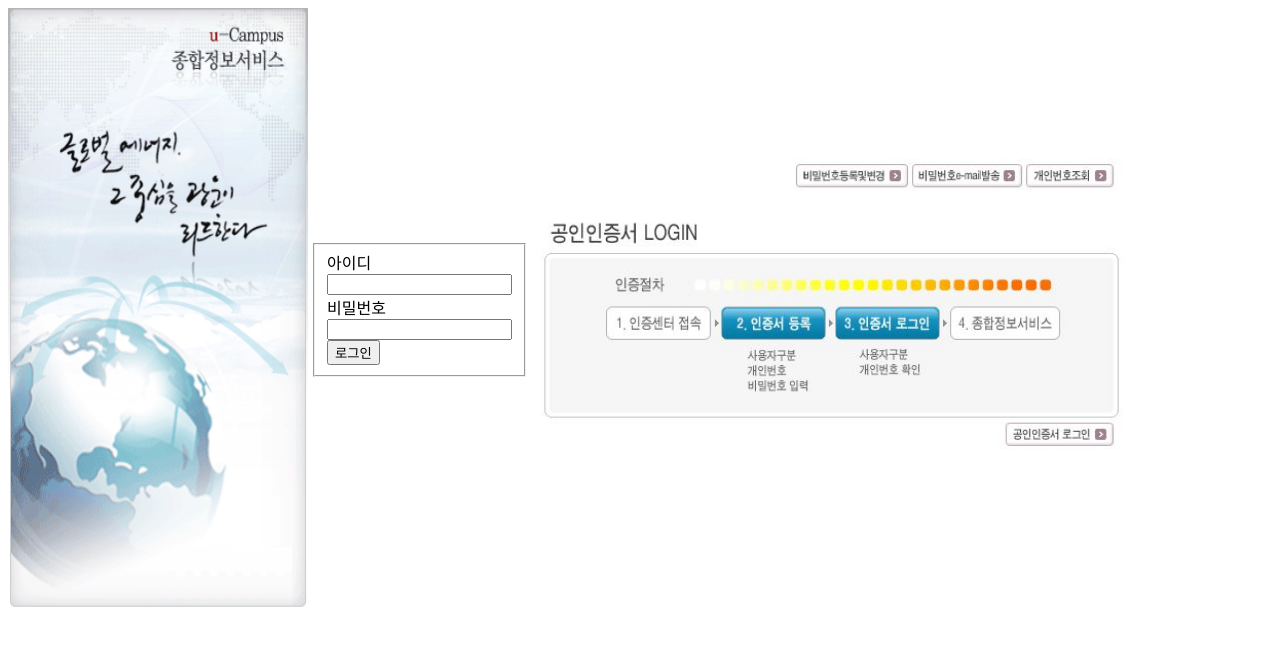
Repository: jungmintaeng/mini-ucampus
Page: ucam/WebContent/Login.html
The author's editor kept a copy of each file at every save. The page is drawn from the files as they stood at one save, then again after the next save.
The browser window is 1280 px wide. The pictures show the whole page.

Above is the page before, as saved 2016-06-11 00:52:09.

### ucam/WebContent/Login.html
<!DOCTYPE html>
<html>
<head>
<meta charset="EUC-KR">
   <title> Ucampus Login </title>
</head>
<body>

<table width = "50%" cellpadding='0' cellspacing='0'>
<tr>
<td align="right"><font size="2"><img
src="images\image_intra01.gif" width ="300" height="600" border ="0">
</font></td>
<td align="left">
<table>
<tr>
<td>
  <form action="Login.jsp" method="post">
  <fieldset>
   <label for="id">아이디</label>
   <input type="text" name="id" title="아이디"/>
   <br>
  <label for="pass">비밀번호</label>
   <input type="password" name="pw" title="비밀번호"/>
   <br>
   <input type="submit" value="로그인"/>
 </fieldset>
   </form></td>
   <td align="right"><font size="2"><img
src="images\loginfake.jpg" width ="600" height="300" border ="0">
</font>
</td>
</tr>
</table>
</tr>
</table>
</body>
</html>

After the next save:
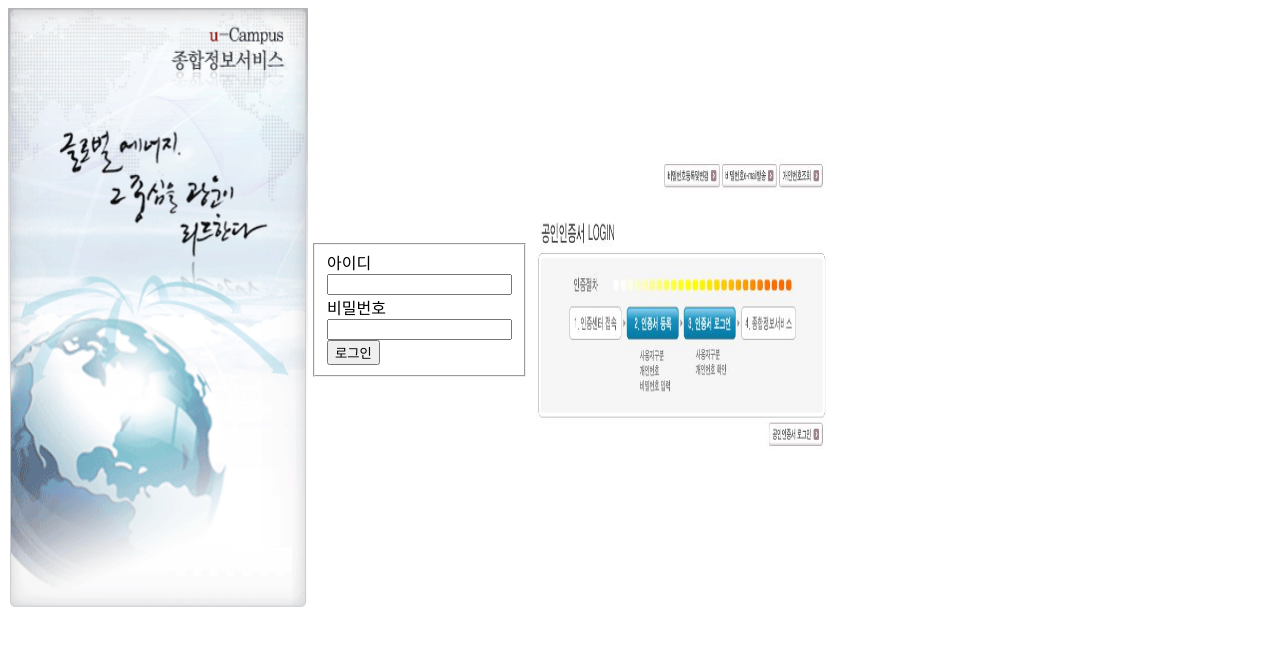
Saved 15 s later.
--- a/ucam/WebContent/Login.html
+++ b/ucam/WebContent/Login.html
@@ -27,7 +27,7 @@
  </fieldset>
    </form></td>
    <td align="right"><font size="2"><img
-src="images\loginfake.jpg" width ="600" height="300" border ="0">
+src="images\loginfake.jpg" width ="300" height="300" border ="0">
 </font>
 </td>
 </tr>
